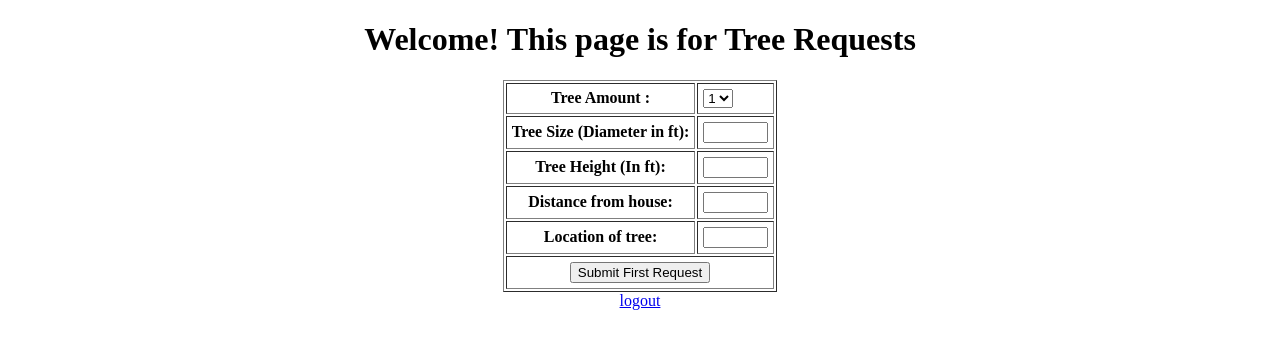
Repository: jrule5960/Tree-Cutting-Database
Page: http://localhost/database/processTreeRequest.jsp
These files come from the project's save history. The page is drawn as it stood at one moment and after the next save; the edit follows.
The browser window is 1280 px wide. The pictures show the whole page.
The page is served by Tomcat 9. Other server files are loaded and not shown.

Above is the page before, as saved 2023-11-06 22:32:59.

### database/WebContent/processTreeRequest.jsp
<%@ page language="java" contentType="text/html; charset=ISO-8859-1"
    pageEncoding="ISO-8859-1"%>
<%@ taglib uri="http://java.sun.com/jsp/jstl/core" prefix="c" %>

<!DOCTYPE html>
<html>
<head>
<meta charset="ISO-8859-1">
<title>Process Tree page</title>
</head>

<center><h1>Welcome! This page is for Tree Requests</h1> </center>

	<center>
	</center>



	<form action = "DavidSmithView.jsp" method = "post">
	<center>

		<table border="1" cellpadding="5">
		<tr>
			<th> Tree Amount : </th>
			<td>
			<select name= "tree_num">
				<option value ="1"> 1  </option>
				<option value ="2"> 2  </option>
				<option value ="3"> 3  </option>
			</select>
			</td>
		</tr>

		<tr>
			<th> Tree Size (Diameter in ft): </th>
			<td align="center" colspan="8">
			<input type = "text" name = "tree_size" size = "5">
			</td>
		</tr>

		<tr>
			<th> Tree Height (In ft): </th>
			<td align="center" colspan="8">
			<input type = "text" name = "tree_height" size = "5">
			</td>
		</tr>

		<tr>
			<th> Distance from house: </th>
			<td align="center" colspan="8">
			<input type = "text" name = "tree_distance" size = "5">
			</td>
		</tr>

		<tr>
			<th> Location of tree: </th>
			<td align="center" colspan="8">
			<input type = "text" name = "tree_location" size = "5">
			</td>
		</tr>

		<tr>
			<td align="center" colspan="8">
			<input type = "submit" value = "Submit First Request">
			</td>
		</tr>
		</center>

		</table>
	</form>


	<body>
	 <center>
		 <a href="login.jsp"target ="_self" > logout</a><br><br>
		 </center>
	</body>
</html>

After the next save:
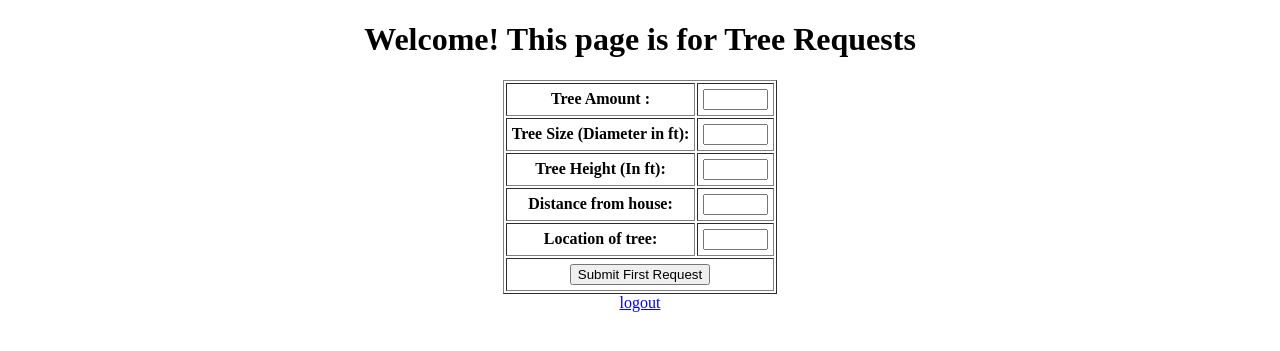
Saved 74 s later.
--- a/database/WebContent/processTreeRequest.jsp
+++ b/database/WebContent/processTreeRequest.jsp
@@ -22,12 +22,8 @@
 		<table border="1" cellpadding="5">
 		<tr>
 			<th> Tree Amount : </th>
-			<td>
-			<select name= "tree_num">
-				<option value ="1"> 1  </option>
-				<option value ="2"> 2  </option>
-				<option value ="3"> 3  </option>
-			</select>
+			<td align="center" colspan="8">
+			<input type = "text" name = "tree_amt" size = "5">
 			</td>
 		</tr>
 
